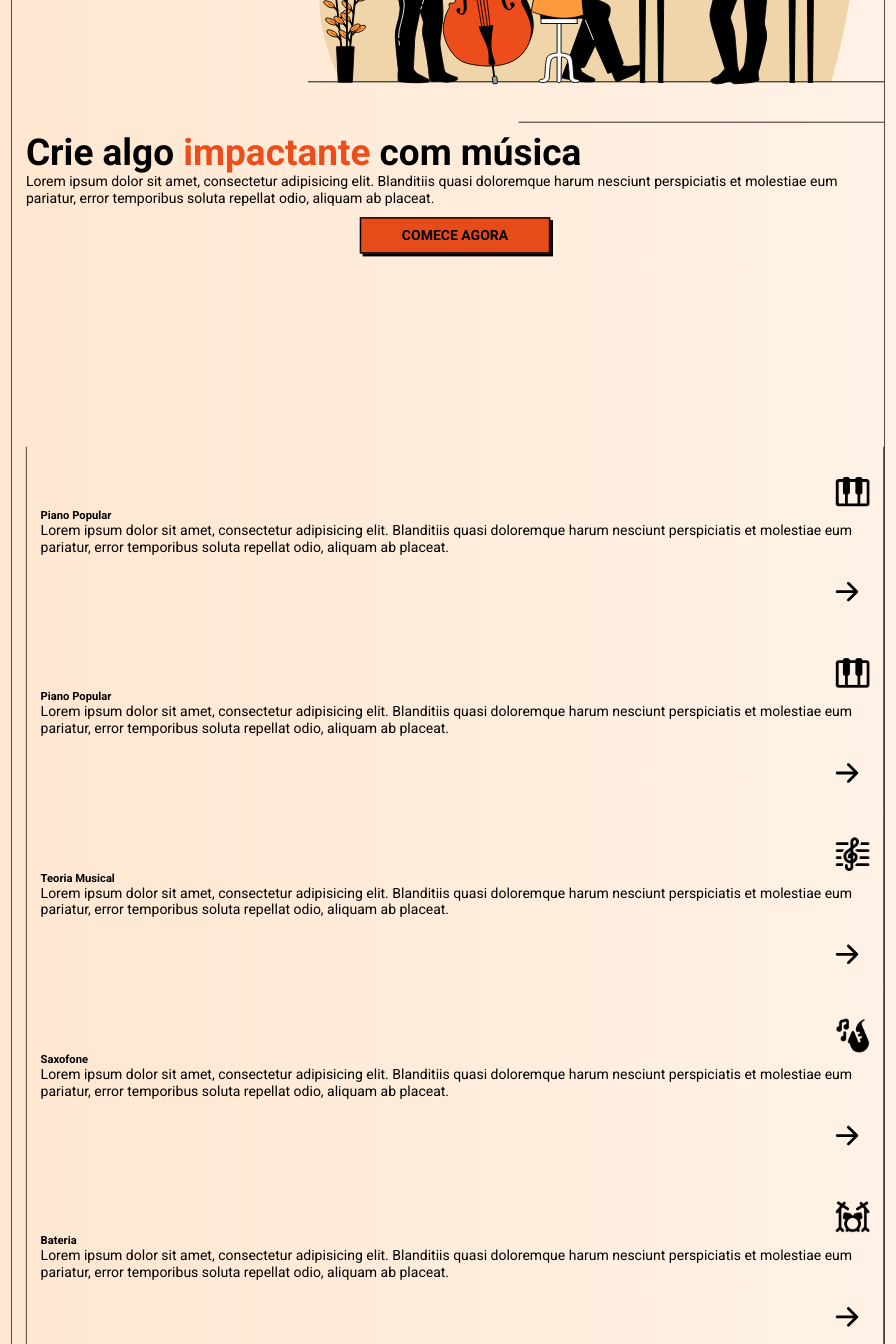
Repository: guilhermecardoso93/obebitecode
Page: index.html
An editor plug-in stored every save of this project. The page is shown before and after the next save, followed by the edit.
The browser window is 1280 px wide. The pictures show the part of the page from y = 706 to 2626 px (the page is 3126 px tall before and 3132 px after), at 70% of full size.

Above is the page before, as saved 2023-08-16 19:59:58.

After the next save:
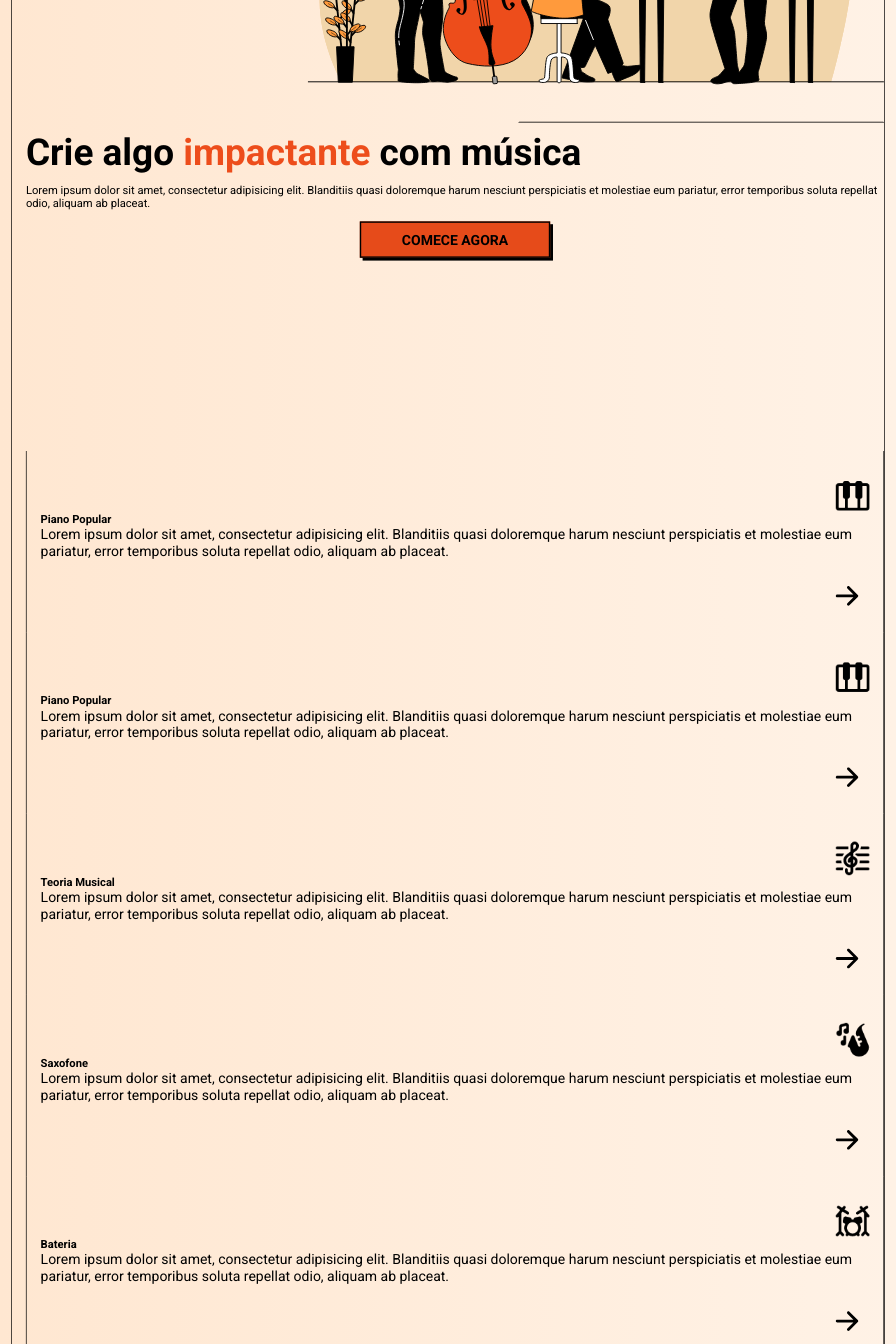
Saved 10 s later.
--- a/index.html
+++ b/index.html
@@ -30,7 +30,7 @@
           <h1 class="mt-1">
             Crie algo <span class="text-primary">impactante</span> com música
           </h1>
-          <p>
+          <p class="mt-1 mb-1"></p>
             Lorem ipsum dolor sit amet, consectetur adipisicing elit. Blanditiis
             quasi doloremque harum nesciunt perspiciatis et molestiae eum
             pariatur, error temporibus soluta repellat odio, aliquam ab placeat.
